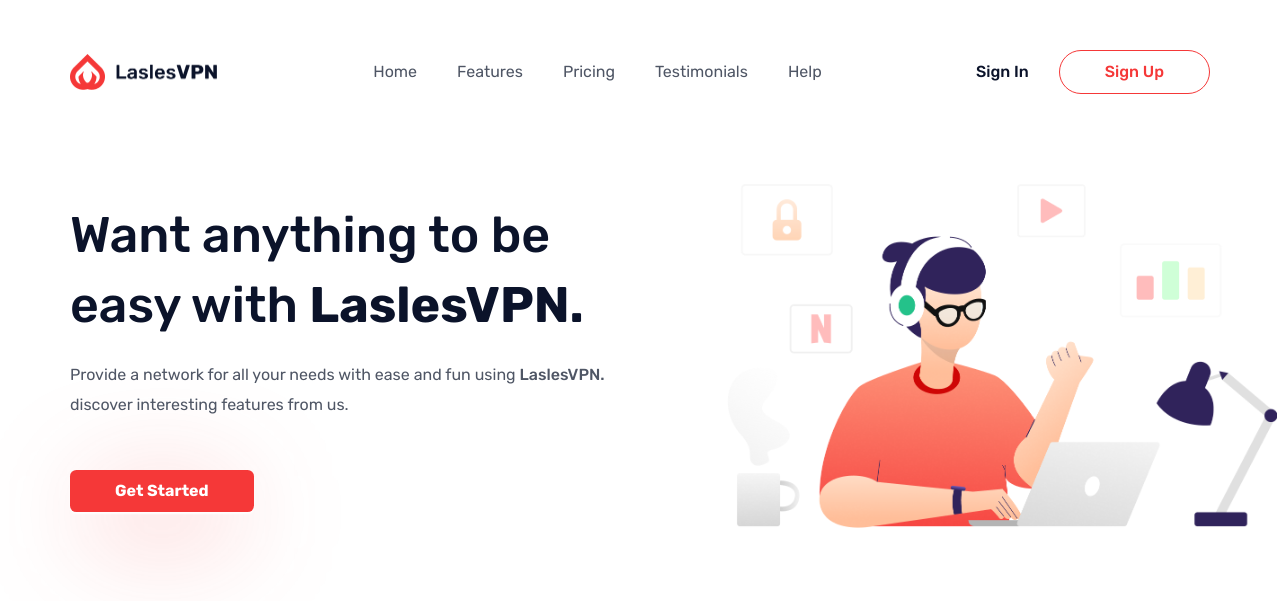
Repository: kebinh1235/lasles-demo
Page: index.html
An editor plug-in stored every save of this project. The page is shown before and after the next save, followed by the edit.
The browser window is 1280 px wide. The pictures show the whole page.
The style sheet was rebuilt from its Sass, Less or Tailwind sources for each picture, by a compiler version that may differ from the author's.

Above is the page before, as saved 2021-10-30 14:06:13.

### index.html
<!DOCTYPE html>
<html lang="en">
<head>
  <meta charset="UTF-8">
  <meta http-equiv="X-UA-Compatible" content="IE=edge">
  <meta name="viewport" content="width=device-width, initial-scale=1.0">
  <title>Lales VPN</title>
  <!-- Google Font -->
  <link rel="preconnect" href="https://fonts.googleapis.com">
  <link rel="preconnect" href="https://fonts.gstatic.com" crossorigin>
  <link href="https://fonts.googleapis.com/css2?family=Nunito:wght@300;400&family=Rubik:wght@400;500;700&display=swap" rel="stylesheet">
  <!-- CSS -->
  <link rel="stylesheet" href="./css/app.css">
</head>
<body>
  <div class="wrapper">
    <header class="header">
      <div class="container">
        <div class="header__container">
          <img class="header__logo" srcset="./images/logo.png 2x" alt="Logo">
          <ul class="menu">
            <li class="menu-item">
              <a href="#" class="menu-link">Home</a>
            </li>
            <li class="menu-item">
              <a href="#" class="menu-link">Features</a>
            </li>
            <li class="menu-item">
              <a href="#" class="menu-link">Pricing</a>
            </li>
            <li class="menu-item">
              <a href="#" class="menu-link">Testimonials</a>
            </li>
            <li class="menu-item">
              <a href="#" class="menu-link">Help</a>
            </li>
          </ul>
          <div class="header__auth">
            <a href="#" class="header__auth-signin">Sign In</a>
            <a href="#" class="btn btn__outline">Sign Up</a>
          </div>
        </div>
      </div>
    </header>
    <main>
      <section class="hero">
        <div class="container">
          <div class="hero__container">
            <div class="hero__content">
              <h1 class="hero__title">
                Want anything to be easy with <strong>LaslesVPN.</strong>
              </h1>
              <p class="hero__desc">Provide a network for all your needs with ease and fun using <strong>LaslesVPN.</strong> discover interesting features from us.</p>
              <a href="#" class="btn btn__primary">Get Started</a>
            </div>
            <div class="hero__img">
              <img srcset="./images/hero.png 2x" alt="">
            </div>
          </div>
        </div>
      </section>
    </main>
  </div>
</body>
</html>

### sass/app.scss
@import "variables";
@import "global";
@import "reset";
@import "header";
@import "hero";

### sass/_variables.scss
$font: "Rubik", sans-serif;
$text-color: #4f5665;
$heading-color: #0b132a;
$primary-color: #f53838;
$gray-color: #DDE0E4;
$white-color: #fff;

### sass/_global.scss
.wrapper {
  max-width: 1440px;
  margin: 0 auto;
}
.container {
  max-width: 1170px;
  padding: 0 15px;
  margin: 0 auto;
}
body {
  font-family: $font;
  color: $text-color;
  line-height: 1;
  font-weight: 400;
}
.btn {
  display: inline-block;
  padding: 13px 45px;
  border-radius: 100rem;
  font-family: $font;
  line-height: 1;
  font-weight: 500;
  cursor: pointer;
  &__primary {
    background: $primary-color;
    font-weight: 700;
    color: $white-color;
    box-shadow: 0 2px 2px ;
    border-radius: 0.4rem;
    position: relative;
    &:after {
      content: '';
      position: absolute;
      top: 0;
      left: 50%;
      transform: translate(-50%, 50%);
      background: rgba(245, 56, 56, 0.35);
      filter: blur(54px);
      border-radius: 10px;
      z-index: -1;
      width: 80%;
      height: 100%;
    }
  }
  &__outline {
    background: transparent;
    color: $primary-color;
    border: 1px solid $primary-color;
    font-weight: 500;
  }
}

### sass/_reset.scss
html {
box-sizing: border-box;
}
* {
  margin: 0;
  padding: 0;
  text-decoration: none;
  list-style: none;
}
*,*:before,*:after {
box-sizing: border-box;
}
input,
textarea,
select,
button{
outline: none;
}
input{
line-height: normal;
}
label,
button{
cursor: pointer;
}
a {
text-decoration: none;
}
img {
display: block;
max-width: 100%;
}

### sass/_header.scss
.header {
  padding-top: 50px;
  padding-bottom: 90px;
  &__container {
    display:flex;
    justify-content: space-between;
    align-items: center;
  }
  &__auth {
    display:flex;
    align-items: center;
    gap: 0 30px;
    text-transform: capitalize;
    font-weight: 500;
    &-signin {
      color: $heading-color;
    }
    &-signup {
      color: $primary-color;
      border: 1px solid $primary-color;
      padding: 13px 45px;
      border-radius: 100rem;
    }

  }
}
.menu {
  display: flex;
  align-self: center;
  gap: 0 40px;
  &-link {
    color: inherit;
  }
}

### sass/_hero.scss
.hero {
  &__container {
    display:flex;
    justify-content: space-between;
    align-items: center;
    gap: 0 40px;
  }
  &__content {
    width: 100%;
    max-width: 555px;
  }
  &__title {
    font-size: 50px;
    font-weight: 500;
    margin-bottom: 20px;
    line-height: calc(70 / 50);
    color: $heading-color;
  }
  &__desc {
    flex-shrink: 0;
    line-height: calc(30 / 16);
    margin-bottom: 50px;
    strong {
      font-weight: 500;
    }
  }
  &__img {
    width: 100%;
    transform: translateX(150px - 83px);
  }
}

After the next save:
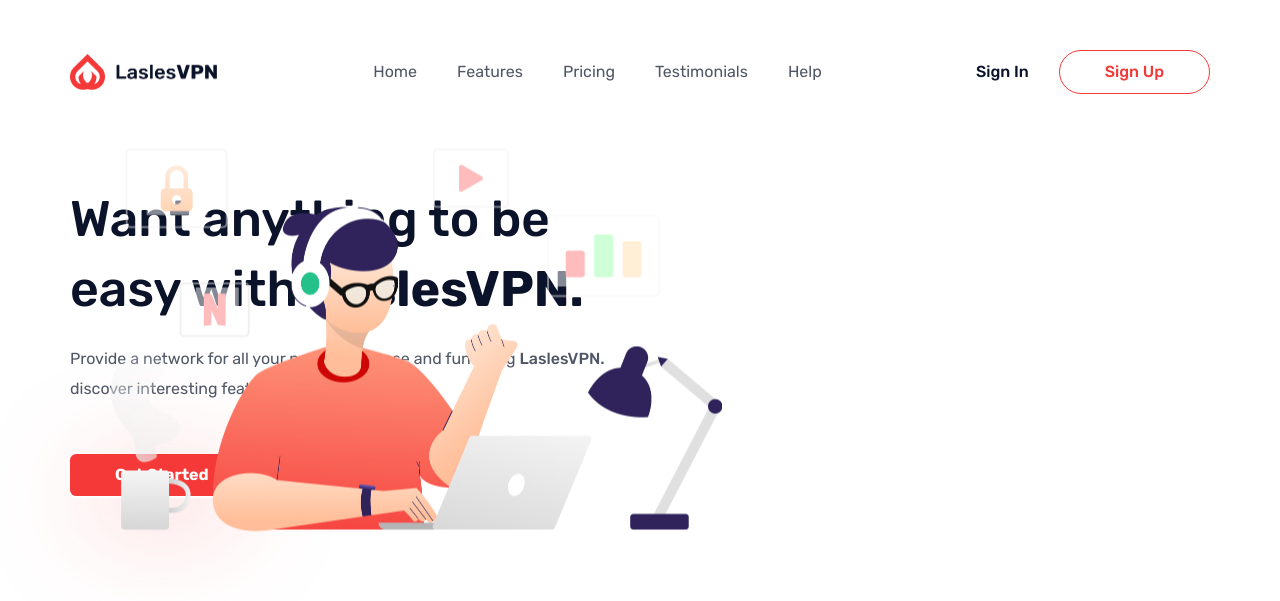
Saved 2 min 52 s later.
--- a/sass/_hero.scss
+++ b/sass/_hero.scss
@@ -4,6 +4,7 @@
     justify-content: space-between;
     align-items: center;
     gap: 0 40px;
+    position: relative;
   }
   &__content {
     width: 100%;
@@ -26,6 +27,9 @@
   }
   &__img {
     width: 100%;
-    transform: translateX(150px - 83px);
+    position: absolute;
+    top: 50%;
+    transform: translate(40px, -50%);
+    right: 0;
   }
 }
